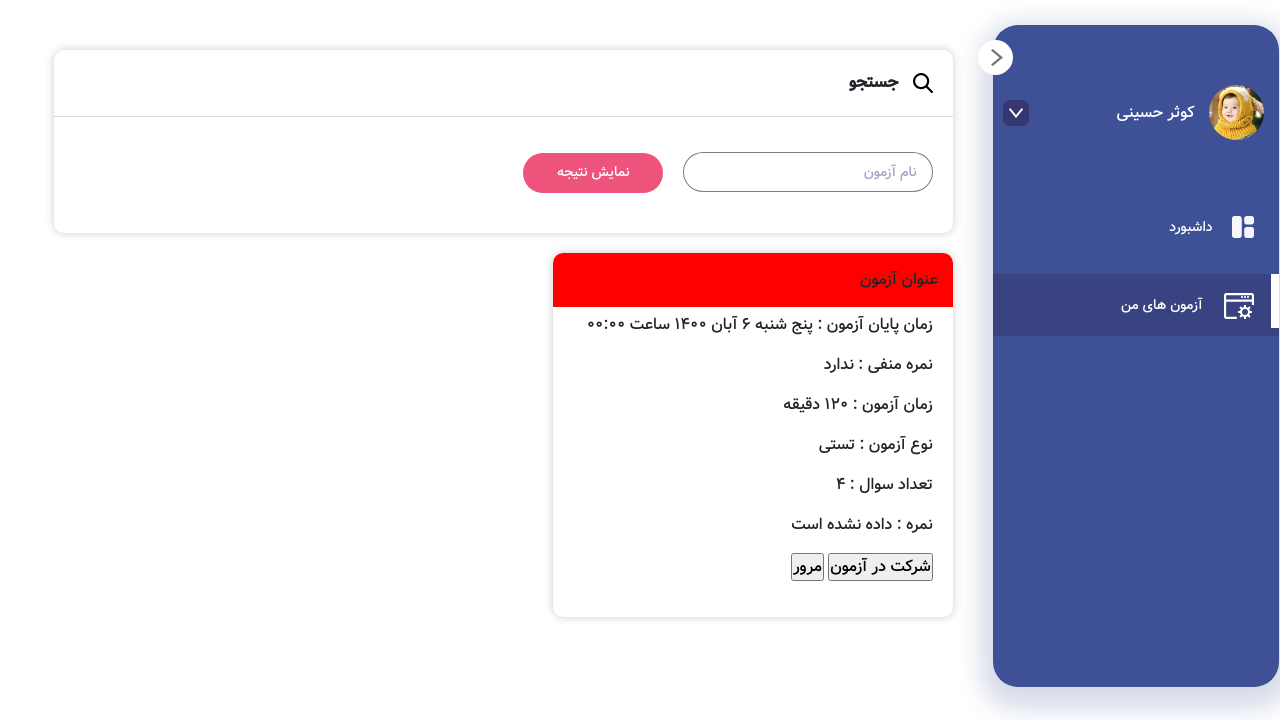
Repository: kosar78/quiz-online
Page: student-panel-myquiz.html
These files come from the project's save history. The page is drawn as it stood at one moment and after the next save; the edit follows.
The browser window is 1280 px wide. The pictures show the whole page.
The page's requests for data from a server got no answer.

Above is the page before, as saved 2022-01-09 14:51:54.

### student-panel-myquiz.html
<!DOCTYPE html>
<html lang="en">
<head>
    <meta charset="UTF-8">
    <meta name="viewport" content="width=device-width, initial-scale=1.0">
    <link rel="stylesheet" href="css/manager-panel.css">
    <link rel="stylesheet" href="css/teacher-panel-dashbord.css">
    <link rel="stylesheet" href="css/studnet-panel-myquiz.css">
    <link rel="stylesheet" href="bootstrap_files/css/bootstrap.min.css">
    <script type="text/javascript" src="JQuery_file/jQuery.js"></script>
    <script type="text/javascript" src="bootstrap_files/js/bootstrap.min.js"></script>
    <script type="text/javascript" src="js/manager-panel.js"></script>
    <title>پنل دانشجو - داشبورد</title>
</head>
<body>
    <div class="container-fluid">
        <div class="row main-row">
            <div class="col-xl-3 col-md-3 sidebar-parent">
                <div class="resize-sidebar">
                    <img class="resize-right show" src="images/right.svg" alt="">
                    <img class="resize-left hide" src="images/left.svg" alt="">
                </div>
                <div class="exit-menubar hide">
                    <img class="" src="images/exit-menubar.svg" alt="">
                </div>
                <div class="sidebar">
                    <ul class="user-profile">
                        <li class="user-img">
                            <img src="images/H0fb13ae027de48f4a32a8bd50971f4c5N.jpg_.webp" alt="">
                        </li>
                        <li class="user-name-phone">
                            <p class="user-name" id="fullname">
                                کوثر حسینی
                            </p>
                            <p class="user-phone">

                            </p>
                        </li>
                        <li class="manage-profile">
                            <img class="bottom show" src="images/bottom.svg" alt="">
                            <img class="top hide" src="images/top.svg" alt="">
                        </li>
                    </ul>
                    <div class="manage-profile-menubar hide">
                        <div>
                            <ul class="mp-menubar">
                                <a href="manager-panel-profile.html">
                                    <li><img src="images/manage-profile-icon.svg" alt="" class="mp-icon"></li>
                                    <li class="mp-name">

                                        پروفایل

                                    </li>
                                </a>
                            </ul>
                            <ul class="mp-menubar">
                                <a href="#">
                                    <li><img src="images/change-pass-icon.svg" alt="" class="mp-icon"></li>
                                    <li class="mp-name">
                                        تغییر رمز عبور
                                    </li>
                                </a>
                            </ul>
                            <ul class="mp-menubar">
                                <a href="home.html">
                                    <li><img src="images/profile-manage-exit-icon.svg" alt="" class="mp-icon"></li>
                                    <li class="mp-name">
                                        خروج
                                    </li>
                                </a>
                            </ul>
                        </div>
                    </div>
                    <ul class="sidebar-case  dashbord">
                        <div class="v-line"></div>
                        <a href="student-panel-dashbord.html">
                            <li class="case-icon">
                                <img src="images/dashbord-icon.svg" alt="">
                            </li>
                            <li class="case-name">
                                داشبورد
                            </li>
                        </a>
                    </ul>
                    <ul class="sidebar-case active-case  test-managment">
                        <div class="v-line"></div>

                            <li class="case-icon">
                                <img src="images/carbon_gui-management.svg" alt="">
                            </li>
                            <li class="case-name">
                                آزمون های من
                            </li>

                    </ul>

                </div>
            </div>


            <div class="col-xl-9 col-md-9 quizlist-left-side left-side">
                <img src="images/menubar.svg" alt="" class="menubar hide">
                <div class="row main-row-left">
                    <div class="col-xl-12 search-box">
                        <ul>
                            <li>
                                <img src="images/search-icon.svg" alt="">
                            </li>
                            <li class="search-tx">
                                جستجو
                            </li>
                        </ul>
                        <div class="line"></div>
                        <ul class="search-input-ul">
                            <li>
                                <input type="text" name="search-name" id="quiz-name" placeholder="نام آزمون">
                            </li>

                            <li>
                                <input class="show-result-btn" type="button" value="نمایش نتیجه">
                            </li>
                        </ul>
                    </div>

                    <div class="quiz-box">
                        <div class="head-quiz-box">
                            عنوان آزمون
                        </div>
                        <ul>
                            <li class="li-titr">تاریخ برگزاری :</li>
                            <li class="q-info">سه شنبه 4 آبان 1400 ساعت 00:00</li>
                        </ul>
                        <ul>
                            <li class="li-titr">زمان پایان آزمون :</li>
                            <li class="q-info">پنج شنبه 6 آبان 1400 ساعت 00:00</li>
                        </ul>
                        <ul>
                            <li class="li-titr">نمره منفی :</li>
                            <li class="q-info">ندارد</li>
                        </ul>
                        <ul>
                            <li class="li-titr">زمان آزمون :</li>
                            <li class="q-info">120 دقیقه</li>
                        </ul>
                        <ul>
                            <li class="li-titr">نوع آزمون :</li>
                            <li class="q-info">تستی</li>
                        </ul>
                        <ul>
                            <li class="li-titr">تعداد سوال :</li>
                            <li class="q-info">4</li>
                        </ul>
                        <ul>
                            <li class="li-titr">نمره :</li>
                            <li class="q-info">داده نشده است</li>
                        </ul>
                        <ul>
                            <li>
                                <input type="button" value="شرکت در آزمون">
                            </li>
                            <li>
                                <input type="button" value="مرور">
                            </li>
                        </ul>
                    </div>
                </div>
            </div>
        </div>
    </div>
    <script src="node_modules/axios/dist/axios.min.js"></script>
    <script src="js/manager-panel-getToken.js"></script>
</body>
</html>

### css/manager-panel.css
@font-face {
    font-family: FirstFont;
    src:url(../font/Vazir-Medium.woff2) format('woff2');
    src:url(../font/Vazir-Medium-FD-WOL.woff2) format('woff2');
  }
* {
    margin: 0;
    padding: 0;
    user-select: none;
    -moz-user-select: none;
    -khtml-user-select: none;
    -webkit-user-select: none;
    -o-user-select: none;
    text-align: right;
    text-decoration:none;
}
html body {
    direction: rtl;
    font-family:FirstFont;
    text-align: center;

}

ul li{
    display: inline-block;
    list-style: none;
}
.sidebar-parent{
    padding: 25px;

    position: relative;
}
.main-row{
    padding-right: 15px;
}
.sidebar{
    width: 100%;
    height: 92vh;
    background-color: #3E5196;
    border-radius: 25px;
    box-shadow: 0px 10px 23px 13px rgba(62, 81, 150, 0.2);

}
.resize-sidebar,
.exit-menubar{
    border-radius: 50%;
    width: 35px;
    text-align: center;
    height: 35px;
    position: absolute;
    padding-top: 9px;
    top: 40px;
    background: #fff;
    padding-right: 10px;
    left: 0;
    cursor: pointer;
}
.exit-menubar{
    padding-right: 0px;
    padding-top: 6px;
}
.exit-menubar img{
    width: 16px;
}
.resize-sidebar img{
    width: 12px;
}
.user-img img{
    width: 55px;
    height: 55px;
    border-radius: 50%;
}
.user-profile{
    padding-right: 15px;
    padding-top: 60px;

}
.user-name-phone p{
    margin-bottom: 0 !important;
    color: #fff;
}
.user-name-phone{
    position: relative;
    top: 0px;
    right: 10px;
    width: 59%;
}
.user-phone{
    font-size: 12px;
}
.user-name{
    /* width: 140px; */
    height: auto;
}
.manage-profile{
    background-color: #363671;
    padding: 8px 6px;
    border-radius: 7px;
    cursor: pointer;
    position: absolute;
    left: 25px;
    top: 100px;
}
.manage-profile img{
    width: 14px;
}
.sidebar-case{
    padding-right: 25px;
    padding-top: 15px;
    padding-bottom: 15px;
    margin-bottom: 0px !important;
    margin-top: 20px;

}
.dashbord{
    margin-top: 60px;
}
.sidebar-case li{
    cursor: pointer;
}
.active-case .v-line{
    background: #fff;
    width: 8px;
    position: absolute;
    height: 54px;
    top: 0;
    right: 0;
}
.active-case .v-line-user-managment{
    background: #fff;
    width: 8px;
    position: absolute;
    height: 44px;
    top: 0;
    right: 0;
}

.active-case{
    background: rgba(54, 54, 113, 0.5);
    position: relative;
}
.case-name{
    width: 64%;
    color: #fff;
    margin-right: 15px;
    font-size: 14px;
}
.user-management .case-name{
    margin-right: 9px;
}
.user-management-case{
    margin-bottom: 0px !important;
    padding: 10px 0;
}
.user-management-case li{
    cursor: pointer;
}
.user-management-case .umc-icon img{
    width: 25px;
}
.user-management-cases{
    padding-right: 65px;
}
.user-management-case .umc-name{
    font-size: 15px;
    color: rgba(255, 255, 255, 0.8);
    padding-right: 12px;
}
.manage-profile-menubar{
    left: 25px;
    margin-top: -25px;
    position: absolute;
    z-index: 1;
}
.manage-profile-menubar div{

    background-color: #363671;
    border-radius: 10px;
    width: max-content;
    transition: all 0.4s cubic-bezier(0.39, 0.58, 0.57, 1);
}
.manage-profile-menubar .mp-menubar{
    margin-bottom: 0;
    padding: 15px;
}
.manage-profile-menubar .mp-name{
    color: #fff;
    font-size: 13px;
    padding-right: 12px;
    padding-left: 25px;
}
.manage-profile-menubar .mp-menubar li{
    cursor: pointer;
}
.user-mangement-cases-icon{
    position: absolute;
    left: 28px;
    margin-top:5px;
}
.hide{
    display: none;
}
.show{
    display: block;
}

.small-sidebar .user-profile {
    padding-right: 10px;
}
.small-sidebar .user-name-phone,
.small-sidebar .case-name,
.small-sidebar .mp-name,
.small-sidebar .umc-name{
    display: none;
}
.small-sidebar .manage-profile{
    left: 40px;
    margin-top: 46px;
}
.small-sidebar .manage-profile-menubar {
    left: 29px;
    margin-top: 20px;
}
.small-sidebar .user-management-cases {
    padding-right: 25px;
}
.small-sidebar .user-mangement-cases-icon{
    display: none;
}
.mp-menubar:hover{
    background-color: #6060d0e3;
}
#message{
    margin-bottom: 10px !important;
    font-size: 15px;
    margin-right: 36px;
    height: 25px;
    margin-top: 15px;
}
@media(max-width:1199px){
    .user-name-phone{
        display: block;
    }
    .manage-profile-menubar {
        margin-top: -55px;
    }

}
.small-sidebar .user-profile,
.small-sidebar .sidebar-case,
.small-sidebar .user-management-cases {
    padding-right: 0px;
    text-align: center;
}
.small-sidebar .user-management-cases .user-management-case{
    text-align: center;
}

.small-sidebar .manage-profile {
    left: 42%;
    margin-top: 36px;
}
.small-sidebar .manage-profile-menubar {
    left: 35%;
}
@media(max-width:880px){
    .user-name-phone .user-name,
    .user-management-case .umc-name{
        font-size: 13px;
    }
    .case-name{
        font-size: 12px;
        margin-right: 7px !important;
    }
    .user-phone {
        font-size: 9px;
    }
    .sidebar-case {
        padding-right: 15px;
    }
    .manage-profile-menubar .mp-menubar{
        padding: 10px;
    }
    .manage-profile-menubar .mp-name{
        padding-left: 15px;
    }
    .user-management-cases {
        padding-right: 50px;
    }
    .small-sidebar .manage-profile-menubar {
        left: 38%;
    }
}
@media(max-width:767px){
    .sidebar-parent{
        display: none;
    }
    .menubar{
        display: block;
        width: 40px;
        height: 40px;
        cursor: pointer;
        margin-top: 20px;
        position: absolute;
        top: 2px;
        right: 15px;
    }
    .main-row{
        padding-right: 0;
    }

}
@media(min-width:768px){
    .exit-menubar{
        display: none;
    }
    .resize-sidebar{
        display: block;
    }
    .menubar{
        display: none;
    }
    .sidebar-parent{
        display: block !important;
    }
}

### css/teacher-panel-dashbord.css
.main-row-left{
    padding-top: 50px;
    padding-left: 25px;
    padding-right: 25px;
    margin-bottom: 25px;
}

.testslist-left-side{
    height: 100vh !important;
    overflow-y: auto;
}
.teacher-dashbord-title,
.tests-list-box{
    background: #FFFFFF;
    box-shadow: 0px 0px 10px rgba(0, 0, 0, 0.2);
    border-radius: 10px;
    width: 100%;
    height: max-content;
    padding: 0 !important;

}
.tests-list-box{
    margin: 20px 0;
}
.add-new-test{
    width: 140px;
    outline: none;
    margin-bottom: 20px;
    border: 0;
    text-align: center;
    color: #FFFFFF;
    background: #EE537C;
    border-radius: 25px;
    height: 40px;
    font-size: 14px;
    position: absolute;
    top: 15px;
    left: 20px;
}

.add-new-test:hover{
    background:#d84c71 !important;
    color:#f6f6f6 !important;
}
.title-tx {
    width: max-content;
    margin-top: 25px;
    margin-right: 25px;
    margin-bottom: 30px;
    font-size: 17px;
    font-weight: bold;
}
.table thead th {
    color: rgb(0,0,0,.5);
    font-size: 15px;
}
.table td{
    font-size: 15px;
}
.teacher-dashbord-title ul{
    padding-right: 25px;
}
.teacher-dashbord-title .title-tx{
    margin-right: 15px;
    margin-bottom: 10px;
}
.empty-list{
    text-align: center;
    margin-top: 10px;
    margin-bottom: 15px;
}


@media(max-width:767px){
    .main-row-left{
        margin-top: 25px;
    }
    .main-row-left .row{
        margin-bottom: 0;
    }

}

### css/studnet-panel-myquiz.css
.quizlist-left-side{
    height: 100vh !important;
    overflow-y: auto;
}
.search-box{
    background: #FFFFFF;
    box-shadow: 0px 0px 10px rgba(0, 0, 0, 0.2);
    border-radius: 10px;
    width: 100%;
    height: max-content;
    padding: 0 !important;
}
.quiz-box{
    background: #FFFFFF;
    box-shadow: 0px 0px 10px rgba(0, 0, 0, 0.2);
    border-radius: 10px;
    width: 400px;
    height: max-content;
    padding: 20px !important;
    position: relative;
    margin: 20px 0;
    position: relative;
}
.line{
    height: 1px;
    background-color: rgba(0, 0, 0, 0.15);
}

.search-box input[type="text"]{
    border-radius: 25px;
    width: 250px;
    height: 40px;
    border: 1px solid rgba(0, 0, 0, 0.5);
    outline: none;
    padding: 3px 15px;
    /* margin-bottom: 30px; */
}

.search-box input[type="text"]:focus{
    border: 1px solid #3E5196;
}

.search-box input[type="button"]{
    width: 140px;
    outline: none;
    margin-bottom: 20px;
    border: 0;
    text-align: center;
    color: #FFFFFF;
    background: #EE537C;
    border-radius: 25px;
    height: 40px;
    font-size: 14px;
}
.show-result-btn:hover{
    background:#d84c71 !important;
    color:#f6f6f6 !important;
}

::placeholder {
    color: #3E5196;
    opacity: 0.5;
    font-size: 14px;
}

:-ms-input-placeholder {
    color:#3E5196;
    opacity: 0.5;
    font-size: 14px;
}

::-ms-input-placeholder {
    color: #3E5196;
    opacity: 0.5;
    font-size: 14px;
}
.search-box img{
    width: 20px;
}
.search-box ul{
    padding: 20px;
    margin-bottom: 0 !important;
}
.search-box .search-tx{
    font-size: 17px;
    font-weight: bold;
    padding-right: 10px;
}
.search-input-ul li{
    margin-left: 15px;
    margin-top: 15px;
}
.head-quiz-box{
    position: absolute;
    top: 0px;
    /* margin-bottom: 39px; */
    padding: 15px;
    background-color: red;
    width: 100%;
    right: 0px;
    border-top-left-radius: 10px;
    border-top-right-radius: 10px;

}

### js/manager-panel.js
$(document).ready(function(){
    $(".manage-profile").click(function(){
        if($(".bottom").hasClass("show")){
            $(".bottom").removeClass("show")
            $(".bottom").addClass("hide")
            $(".top").addClass("show")
            $(".top").removeClass("hide")
            $(".manage-profile-menubar").removeClass("hide")
            $(".manage-profile-menubar").addClass("show")
        }
        else if($(".bottom").hasClass("hide")){
            $(".bottom").removeClass("hide")
            $(".bottom").addClass("show")
            $(".top").addClass("hide")
            $(".top").removeClass("show")
            $(".manage-profile-menubar").removeClass("show")
            $(".manage-profile-menubar").addClass("hide")
        }

    })

    $(".user-management li").click(function(){
        if($("#user-mangement-cases-icon-bottom").hasClass("show")){
            $("#user-mangement-cases-icon-bottom").removeClass("show")
            $("#user-mangement-cases-icon-bottom").addClass("hide")
            $("#user-mangement-cases-icon-top").addClass("show")
            $("#user-mangement-cases-icon-top").removeClass("hide")
            $(".user-management-cases").removeClass("hide")
            $(".user-management-cases").addClass("show")
        }
        else if($("#user-mangement-cases-icon-bottom").hasClass("hide")){
            $("#user-mangement-cases-icon-bottom").removeClass("hide")
            $("#user-mangement-cases-icon-bottom").addClass("show")
            $("#user-mangement-cases-icon-top").addClass("hide")
            $("#user-mangement-cases-icon-top").removeClass("show")
            $(".user-management-cases").removeClass("show")
            $(".user-management-cases").addClass("hide")
        }

    })
    $(".resize-sidebar").click(function(){
        if($(".resize-right").hasClass("show")){
            $(".resize-right").removeClass("show")
            $(".resize-right").addClass("hide")
            $(".resize-left").addClass("show")
            $(".resize-left").removeClass("hide")
            $(".sidebar-parent").removeClass("col-xl-3")
            $(".sidebar-parent").addClass("col-xl-1")
            $(".sidebar-parent").removeClass("col-md-3")
            $(".sidebar-parent").addClass("col-md-2")
            $(".left-side").removeClass("col-xl-9")
            $(".left-side").addClass("col-xl-11")
            $(".left-side").removeClass("col-md-9")
            $(".left-side").addClass("col-md-10")
            $(".sidebar-parent").addClass("small-sidebar")
        }
        else if($(".resize-right").hasClass("hide")){
            $(".resize-right").removeClass("hide")
            $(".resize-right").addClass("show")
            $(".resize-left").addClass("hide")
            $(".resize-left").removeClass("show")
            $(".sidebar-parent").addClass("col-xl-3")
            $(".sidebar-parent").removeClass("col-xl-1")
            $(".sidebar-parent").addClass("col-md-3")
            $(".sidebar-parent").removeClass("col-md-2")
            $(".left-side").addClass("col-xl-9")
            $(".left-side").removeClass("col-xl-11")
            $(".left-side").addClass("col-md-9")
            $(".left-side").removeClass("col-md-10")
            $(".sidebar-parent").removeClass("small-sidebar")
        }

    })
    $(".menubar").click(function(){
        $(".sidebar-parent").removeClass("hide")
        $(".sidebar-parent").addClass("show")
        $(".left-side").addClass("hide")
        $(".left-side").removeClass("show")
        $(".sidebar-parent").css("display","block")
        $(".left-side").css("display","none")
        $(".resize-sidebar").removeClass("show")
        $(".resize-sidebar").addClass("hide")
        $(".exit-menubar").removeClass("hide")
        $(".exit-menubar").addClass("show")
        $(".sidebar-parent").removeClass("small-sidebar")
    })
    $(".exit-menubar").click(function(){
        $(".sidebar-parent").removeClass("show")
        $(".sidebar-parent").addClass("hide")
        $(".left-side").addClass("show")
        $(".left-side").removeClass("hide")
        $(".sidebar-parent").css("display","none")
        $(".resize-sidebar").removeClass("hide")
        $(".resize-sidebar").addClass("show")
        $(".exit-menubar").removeClass("show")
        $(".exit-menubar").addClass("hide")
        $(".left-side").css("display","block")
        $(".change-pass-left-side").css("display","flex !important")
    })

})

### js/manager-panel-getToken.js
// let localStorage_Array4=localStorage.toggled.split("|")
// localStorage.toggled=localStorage_Array4[0]
// let examId=localStorage_Array4[1]

            axios.get('http://localhost:3000/api/v1/user/my',{
                headers: {
                    'Authorization' : `Bearer ${localStorage.toggled}`
                }
            })
            .then(res =>{
                console.log('get : ')
                console.log(res.data.data.fullName);
                document.getElementById("fullname").innerHTML = res.data.data.fullName;

            })
            .catch(err => console.log(err))

Loaded but not shown: bootstrap_files/css/bootstrap.min.css (library); JQuery_file/jQuery.js (library); bootstrap_files/js/bootstrap.min.js (library); node_modules/axios/dist/axios.min.js (library)

After the next save:
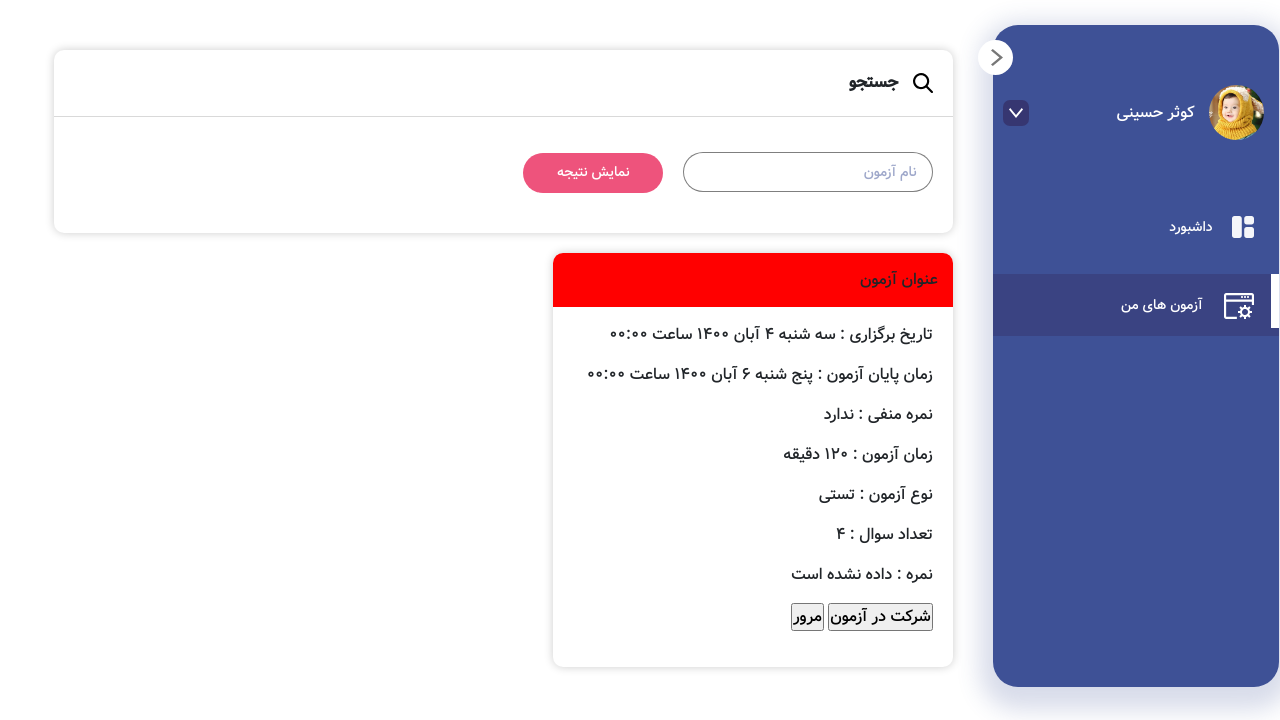
Saved 67 s later.
--- a/student-panel-myquiz.html
+++ b/student-panel-myquiz.html
@@ -126,7 +126,7 @@
                         <div class="head-quiz-box">
                             عنوان آزمون
                         </div>
-                        <ul>
+                        <ul style="margin-top: 50px;">
                             <li class="li-titr">تاریخ برگزاری :</li>
                             <li class="q-info">سه شنبه 4 آبان 1400 ساعت 00:00</li>
                         </ul>
